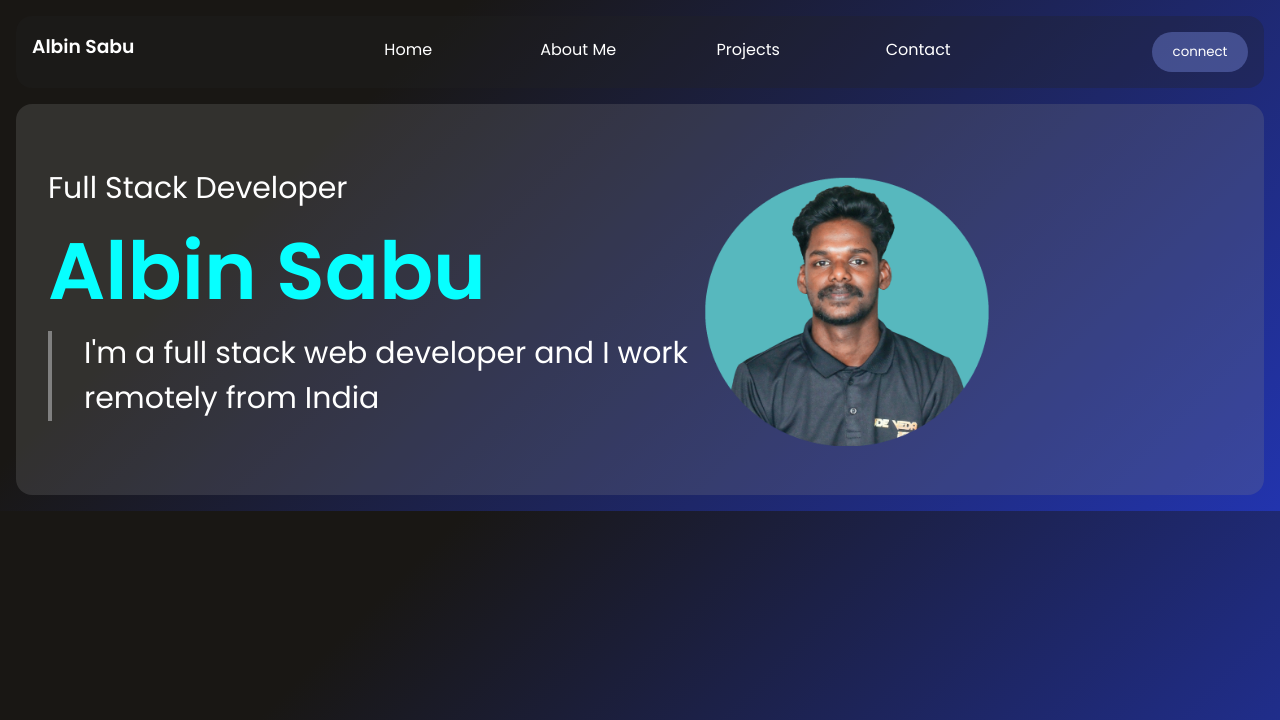
Repository: albinsabu2023/personalwebsite
Page: index.html
The author's editor kept a copy of each file at every save. The page is drawn from the files as they stood at one save, then again after the next save.
The browser window is 1280 px wide. The pictures show the whole page.

Above is the page before, as saved 2023-09-02 17:38:26.

After the next save:
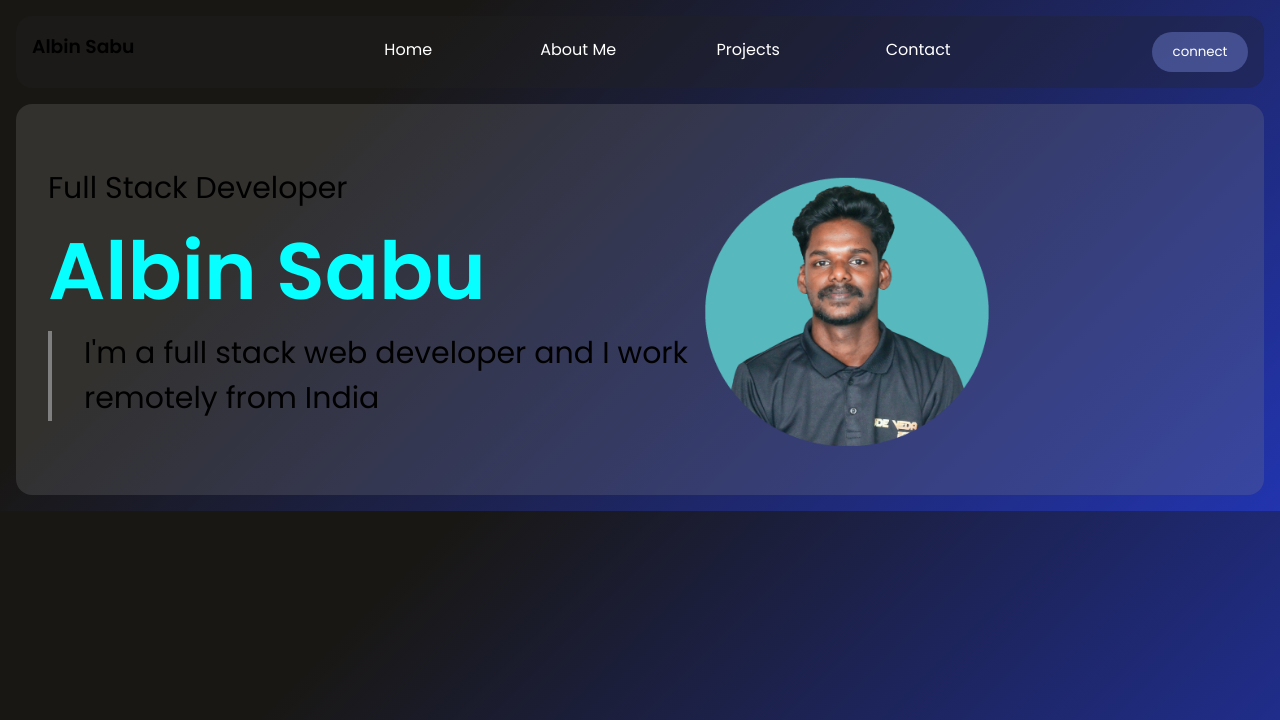
Saved 22 s later.
--- a/style.css
+++ b/style.css
@@ -6,7 +6,7 @@
 }
 body{
 
-    color: white;
+
     margin-top: 1rem;
 
     background-color: #2234ae;
@@ -38,7 +38,6 @@
 
 nav ul li:hover{
     background: rgba(74, 74, 74, 0.4);
-
     color: rgb(7, 255, 255);
 }
 nav ul li{

After the save that followed:
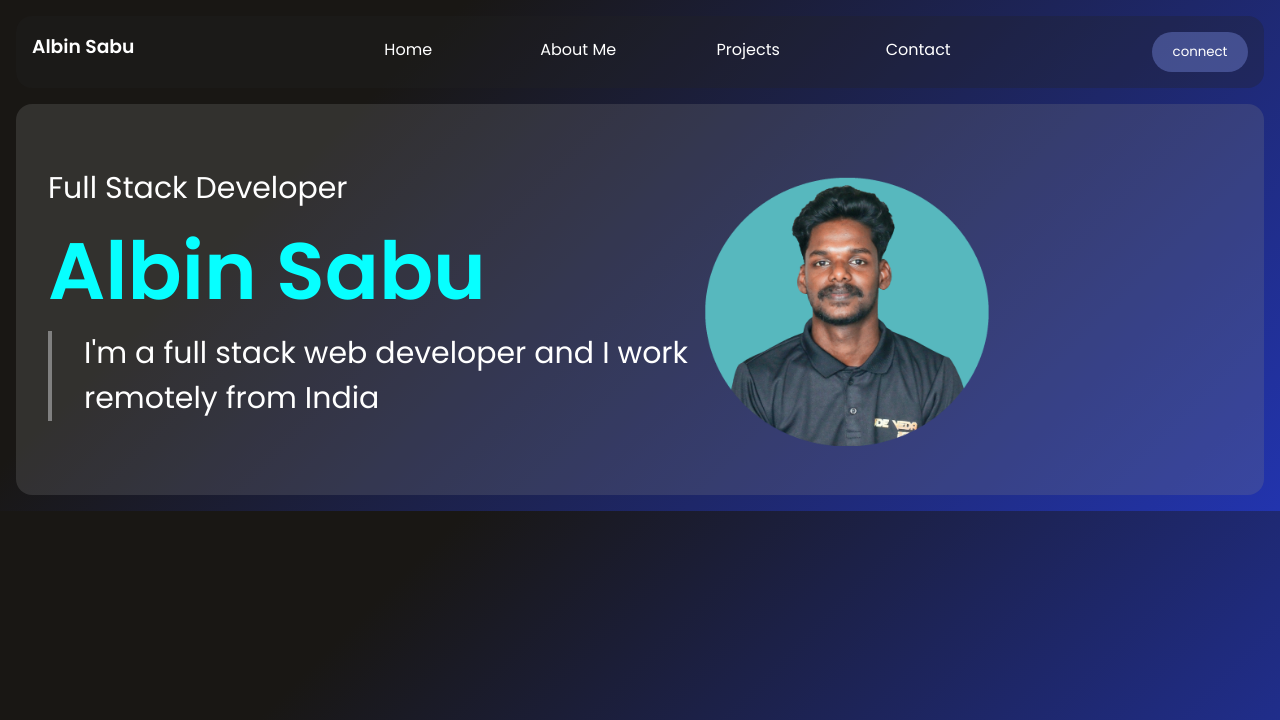
Saved 10 s later.
--- a/style.css
+++ b/style.css
@@ -6,7 +6,7 @@
 }
 body{
 
-
+    color: white;
     margin-top: 1rem;
 
     background-color: #2234ae;
